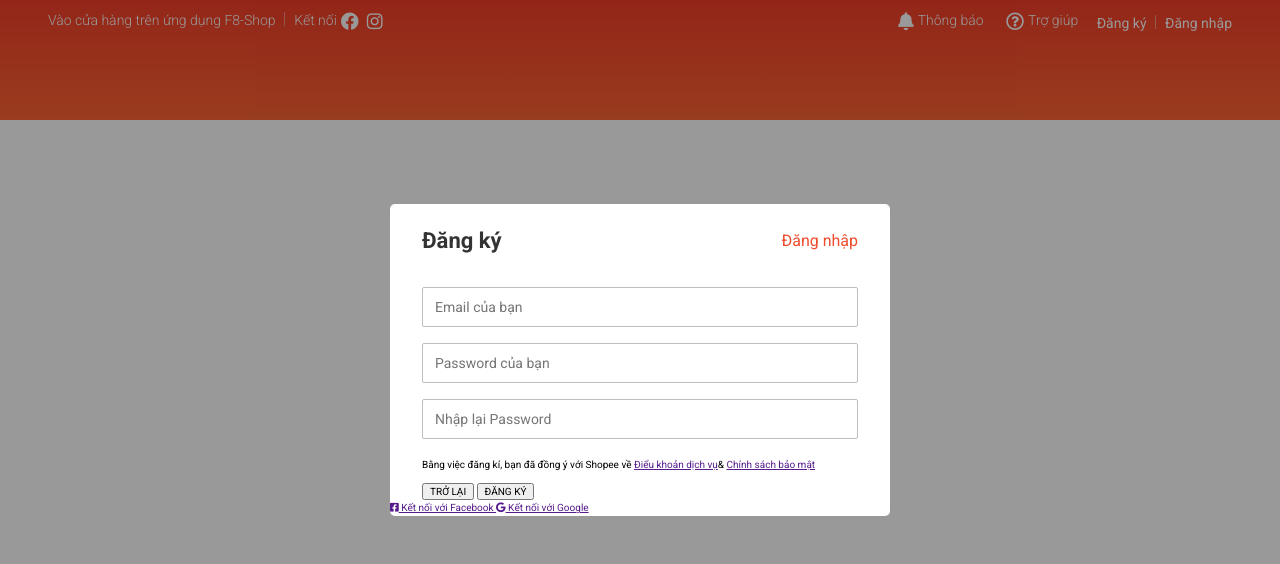
Repository: tvhoangit/tvhoangit.github.io
Page: Shoppe/index.html
An editor plug-in stored every save of this project. The page is shown before and after the next save, followed by the edit.
The browser window is 1280 px wide. The pictures show the whole page.

Above is the page before, as saved 2021-10-17 11:13:50.

### Shoppe/index.html
<!DOCTYPE html>
<html lang="en">
<head>
    <meta charset="UTF-8">
    <meta http-equiv="X-UA-Compatible" content="IE=edge">
    <meta name="viewport" content="width=device-width, initial-scale=1.0">
    <title>Document</title>
    <link rel="stylesheet" href="https://cdnjs.cloudflare.com/ajax/libs/normalize/8.0.1/normalize.min.css">
    <link rel="stylesheet" href="./assets/css/base.css">
    <link rel="stylesheet" href="./assets/css/main.css">
    <link rel="stylesheet" href="./assets/fonts/fontawesome-free-5.15.4-web/fontawesome-free-5.15.4-web/css/all.min.css">
    <link href="https://fonts.googleapis.com/css2?family=Open+Sans&family=Roboto:wght@300;400;500;700;900&display=swap" rel="stylesheet">
</head>
<body>

    <div class="app">
        <header class="header">
            <div class="grid">
                <nav class="header__navbar">
                    <ul class="header__navbar-list">
                        <li class="header__navbar-item header__navbar-item--qr header__navbar-item--separate">
                            Vào cửa hàng trên ứng dụng F8-Shop
                            <div class="header__qr">
                                <img src="./assets/img/QR.png" alt="QR code" class="header__qr-img">
                                <div class="header__qr-apps">
                                    <a href="" class="header__qr-link">
                                        <img src="./assets/img/gg_play.jpg" alt="GG Play" class="header__qr-dowload-img">
                                    </a>
                                    <a href="" class="header__qr-link">
                                        <img src="./assets/img/apstore.jpg" alt="ApStore" class="header__qr-dowload-img">
                                    </a>
                                </div>
                            </div>
                        </li>
                        <li class="header__navbar-item">
                            <span class="header__navbar-title--no-pointer">Kết nối</span>
                            <a href="" class="header__navbar-icon-link">
                                <i class="header__navbar--icon fab fa-facebook"></i>
                            </a>
                            <a href="" class="header__navbar-icon-link">
                                <i class="header__navbar--icon fab fa-instagram"></i>
                            </a>
                        </li>
                    </ul>

                    <ul class="header__navbar-list">
                        <li class="header__navbar-item header__navbar-item--has-notify">
                            <i class="header__navbar--icon fas fa-bell"></i>
                            <a href="" class="header__navbar-item-link">Thông báo</a>
                            <div class="header__notify">
                                <header class="header__notify--header">
                                    <h3>Thông báo mới nhận</h3>
                                </header>
                                <ul class="header__notify-list">
                                    <li class="header__notify-item header__notify-item--viewed">
                                        <a href="" class="header__notify-link">
                                            <span>
                                                <img src="./assets/img/myphamohui.png" alt="" class="header__notify-img">
                                            </span>
                                            <div class="header__notify-info">
                                                <span class="header__notify-name">Mỹ phẩm Ohui chính hãng</span>
                                                <span class="header__notify-description">Mô tả</span>
                                            </div>
                                        </a>
                                    </li>
                                    <li class="header__notify-item">
                                        <a href="" class="header__notify-link">
                                            <span>
                                                <img src="./assets/img/myphamohui.png" alt="" class="header__notify-img">
                                            </span>
                                            <div class="header__notify-info">
                                                <span class="header__notify-name">Mỹ phẩm Ohui chính hãng</span>
                                                <span class="header__notify-description">Mô tả</span>
                                            </div>
                                        </a>
                                    </li>
                                    <li class="header__notify-item">
                                        <a href="" class="header__notify-link">
                                            <span>
                                                <img src="./assets/img/myphamohui.png" alt="" class="header__notify-img">
                                            </span>
                                            <div class="header__notify-info">
                                                <span class="header__notify-name">Mỹ phẩm Ohui chính hãng</span>
                                                <span class="header__notify-description">Mô tả</span>
                                            </div>
                                        </a>
                                    </li>
                                </ul>
                                <div class="header__notify-footer">
                                    <a href="" class="header__notify-footer-btn">Xem tất cả</a>
                                </div>
                            </div>
                        </li>
                        <li class="header__navbar-item">
                            <i class="header__navbar--icon far fa-question-circle"></i>
                            <a href="" class="header__navbar-item-link">Trợ giúp</a>
                        </li>
                        <li class="header__navbar-item header__navbar-item--strong header__navbar-item--separate">Đăng ký</li>
                        <li class="header__navbar-item header__navbar-item--strong">Đăng nhập</li>
                    </ul>
                </nav>
            </div>
        </header>
    </div>
    <div class="container">


    </div>
    <div class="footer">

    </div>


    <!-- Form Đăng ký đăng nhập -->
    <div class="modal">
        <div class="modal__overlay">

        </div>
        <div class="modal__body">
                <!-- authen form -->
            <div class="auth-form">
                <div class="auth-form__container">
                    <div class="auth-form__header">
                        <h3 class="auth-form__heading">Đăng ký</h3>
                        <span class="auth-form__switch-btn">Đăng nhập</span>
                    </div>
                    <div class="auth-form__form">
                        <div class="auth-form__group">
                            <input type="text" class="auth-form__input" placeholder="Email của bạn">
                        </div>
                        <div class="auth-form__group">
                            <input type="password" class="auth-form__input" placeholder="Password của bạn">
                        </div>
                        <div class="auth-form__group">
                            <input type="password" class="auth-form__input" placeholder="Nhập lại Password">
                        </div>
                    </div>
                    <div class="auth-form__aside">
                        <p class="auth-form__policy-text">
                            Bằng việc đăng kí, bạn đã đồng ý với Shopee về
                            <a href="" class="auth-form__policy-link">Điểu khoản dịch vụ</a>&
                            <a href="" class="auth-form__policy-link">Chính sách bảo mật</a>
                        </p>
                    </div>
                    <div class="auth-form__controls">
                        <button class="btn">TRỞ LẠI</button>
                        <button class="btn btn--primary">ĐĂNG KÝ</button>
                    </div>
                </div>
                <div class="auth-form__socials">
                    <a href="" class="btn btn--width-icon">
                        <i class="fab fa-facebook-square"></i>
                        Kết nối với Facebook
                    </a>
                    <a href="" class="btn btn--width-icon">
                        <i class="fab fa-google"></i>
                        Kết nối với Google
                    </a>
                </div>
            </div>
        </div>
    </div>

</body>
</html>

### Shoppe/assets/css/base.css
:root{
    --primary-color: #EE4D2D;
    --white-color: #fff;
    --black-color: #000;
    --text-color: #333;
    --border-color: #bdbdbd;
}

*{
    box-sizing: inherit;
}

html{
    font-size: 62.5%;
    line-height: 1.6rem;
    font-family: 'Roboto', sans-serif;
    box-sizing: border-box;
}

.grid{
    width: 1200px;
    max-width: 100%;
    margin: 0 auto;
}

.grid__full-width{
    width: 100%;
}

.grid__row{
    display: flex;
    flex-wrap: wrap;
}

/* Animation */
@keyframes fadeIn {
    from {
        opacity: 0;
    }
    to {
        opacity: 1;
    }
}
/* Modal */
.modal {
    position: fixed;
    top: 0;
    right: 0;
    bottom: 0;
    left: 0;
    display: flex;
}
.modal__overlay {
    position: absolute;
    width: 100%;
    height: 100%;
    background-color: rgba(0, 0, 0, 0.4);
}
.modal__body {
    background-color: var(--white-color);
    margin: auto;
    position: relative;
    z-index: 1;
    border-radius: 5px;
}

### Shoppe/assets/css/main.css
.header {
    height: 120px;
    background-image: linear-gradient(0, #fe6433, #f53e28);
}
.header__navbar {
    display: flex;
    justify-content: space-between;
    padding-top: 8px;
}
.header__navbar-list {
    list-style: none;
    padding-left: 0;
    margin-top: 4px;
}
.header__navbar-item {
    display: inline-block;
    margin: 0 8px 0px 8px;
    position: relative;
    min-height: 26px;
}
.header__navbar-item--qr:hover .header__qr {
    display: block;
}
.header__navbar-item--has-notify:hover .header__notify {
    display: block;
}
.header__navbar-item,
.header__navbar-item-link {
    font-size: 1.4rem;
    color: var(--white-color);
    text-decoration: none;
    font-weight: 300;
}
.header__navbar-item:hover,
.header__navbar-icon-link:hover,
.header__navbar-item-link:hover {
    color: rgba(255, 255, 255, 0.7);
    cursor: pointer;
}
.header__navbar-item,
.header__navbar-item-link,
.header__navbar-icon-link{
    display: inline-flex;
    text-align: center;
}
.header__navbar-item--strong {
    font-weight: 400;
}
.header__navbar-item--separate::after {
    content: "";
    display: block;
    position: absolute;
    border-left: 1px solid #FB9086;
    height: 14px;
    right: -9px;
    top: 25%;
    transform: translateY(-50%);
}
.header__navbar-icon-link {
    color: var(--white-color);
    text-decoration: none;
}
.header__navbar--icon {
    font-size: 1.8rem;
    margin: 0 4px;
}
.header__navbar-title--no-pointer {
    cursor: text;
    color: var(--white-color);
}
.header__qr {
    width: 186px;
    background-color: var(--white-color);
    position: absolute;
    left: 0;
    top: 100%;
    padding: 8px;
    border-radius: 2px;
    display: none;
    animation: fadeIn ease 0.3s;
}
.header__qr-img {
    width: 100%;
}
.header__qr-apps {
    display: flex;
    justify-content: space-between;
}
.header__qr-link {
    margin: 0px 11px;
}
.header__qr-dowload-img {
    height: 15px;
}

/* Header notification */
.header__notify {
    position: absolute;
    top: 100%;
    width: 404px;
    right: 0;
    border: 1px solid #D3D3D3;
    background-color: var(--white-color);
    cursor: default;
    /* lấy tâm để dịch chuyển */
    transform-origin: calc(100% - 20px) top;
    animation: headerNotifyGrowth ease-in 0.2s;
    /* nói cho web biết thuộc tính gì sẽ thay đổi để tối ưu hơn */
    will-change: opacity, transform;
    display: none;
}
.header__notify::before {
    content: "";
    border-width: 20px 27px;
    border-style: solid;
    border-color: transparent transparent var(--white-color) transparent;
    position: absolute;
    right: 4px;
    top: -30px;
}
@keyframes headerNotifyGrowth {
    from {
        opacity: 0;
        transform: scale(0);
    }
    to {
        opacity: 1;
        transform: scale(1);
    }
}
.header__notify--header {
    height: 40px;
    background-color: var(--white-color);
    margin-top: -15px;
}
.header__notify--header h3 {
    color: #999;
    margin-right: 237px;
    font-weight: 400;
    font-size: 1.5rem;
    line-height: 40px;

}
.header__notify-list {
    padding-left: 0;
}
.header__notify-item {
    display: flex;
}
.header__notify-item:hover {
    background-color: #f7f7f7;
}
.header__notify-item--viewed {
    background-color: rgba(238,75,43,0.08);
}
.header__notify-link {
    display: flex;
    width: 100%;
    padding: 12px;
    text-decoration: none;
}
.header__notify-img {
    width: 48px;
}
.header__notify-info {
    margin-left: 12px;
}
.header__notify-name {
    display: block;
    font-size: 1.4rem;
    color: var(--text-color);
    font-weight: 400;
    line-height: 1.8rem;
}
.header__notify-description {
    display: block;
    font-size: 1.2rem;
    line-height: 1.6rem;
    color: #756F6E;
    text-align: left;
    margin-top: 4px;;
}
.header__notify-footer {
    height: 40px;
}
.header__notify-footer-btn {
    text-decoration: none;
    line-height: 40px;
    color: var(--text-color);
    padding: 8px 32px;
    font-weight: 400;
}

/* Authen modal */
.auth-form {
    width: 500px;
}
.auth-form__container {
    padding: 0 32px;
}
.auth-form__header {
    display: flex;
    align-items: center;
    justify-content: space-between;
    padding-top: 7px;
}
.auth-form__heading {
    font-size: 2.2rem;
    font: weight 400px;
    color: var(--text-color);
}
.auth-form__switch-btn {
    font-size: 1.6rem;
    color: var(--primary-color);
    font-weight: 400;
    cursor: pointer;
}
.auth-form__form {
}
.auth-form__input {
    width: 100%;
    height: 40px;
    margin-top: 16px;
    padding: 0 12px;
    font-size: 1.4rem;
    border: 1px solid var(--border-color);
    border-radius: 2px;
    outline: none;
}
.auth-form__input:focus {
    border-color: #888;
}
.auth-form__aside {
    margin-top: 18px;
}

Loaded but not shown: Shoppe/assets/fonts/fontawesome-free-5.15.4-web/fontawesome-free-5.15.4-web/css/all.min.css (library)

After the next save:
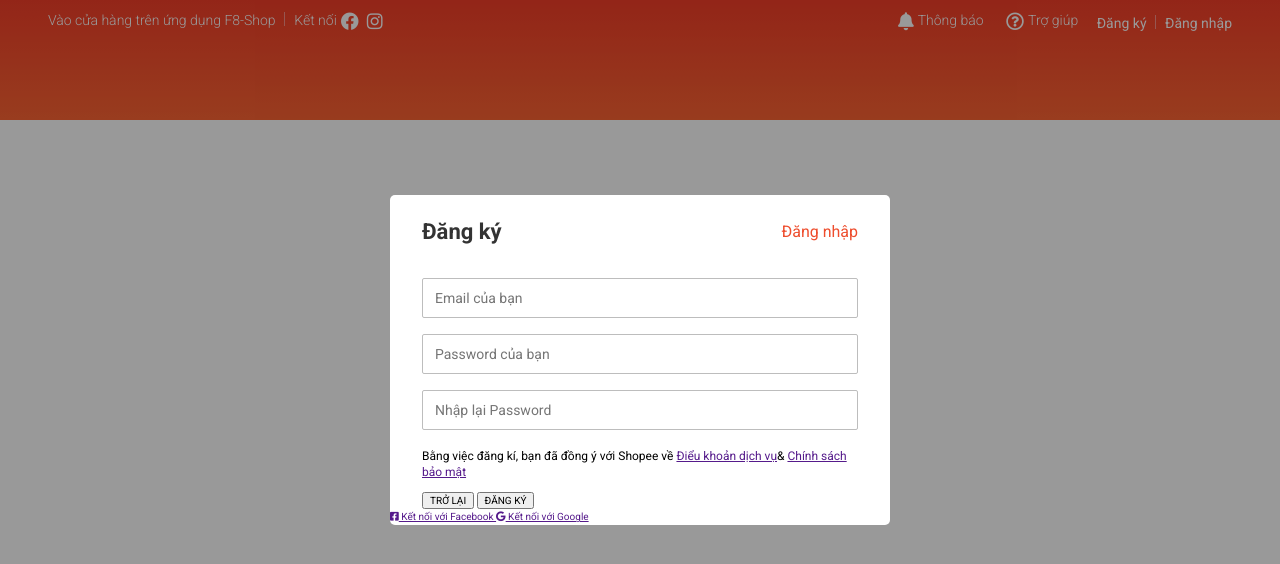
Saved 33 s later.
--- a/Shoppe/assets/css/main.css
+++ b/Shoppe/assets/css/main.css
@@ -233,3 +233,6 @@
 .auth-form__aside {
     margin-top: 18px;
 }
+.auth-form__policy-text {
+    font-size: 1.2rem;
+}
